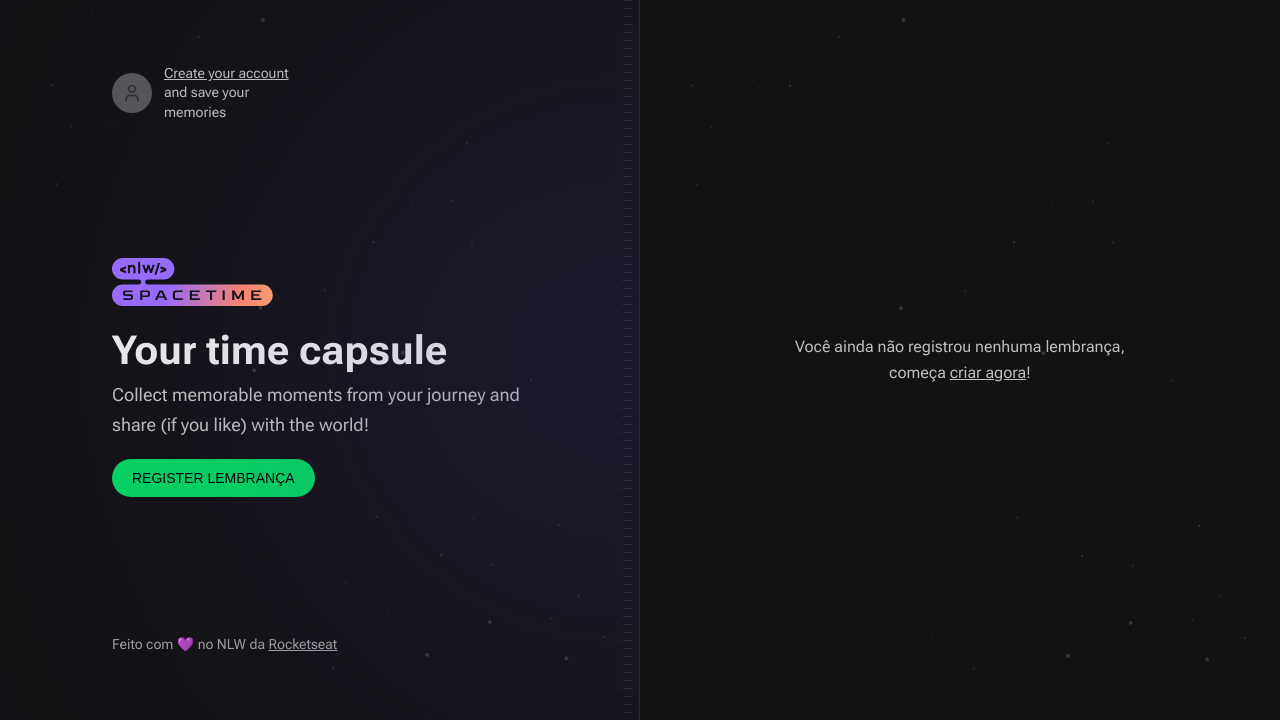
Repository: alexandrecpedro/spacetime
Page: / (app in frontend/)
An editor plug-in stored every save of this project. The page is shown before and after the next save, followed by the edit.
The browser window is 1280 px wide. The pictures show the whole page.
Some web fonts or font styles are not loaded; a fallback is used. The project was rebuilt for these pictures with package versions that can differ from the ones it lists, and the page was loaded fresh each time. The framework's server and built-in components were replaced by stand-ins that run in the browser. Also part of the build but not shown: frontend/next.config.js.

Above is the page before, as saved 2023-05-16 21:33:57.

After the next save:
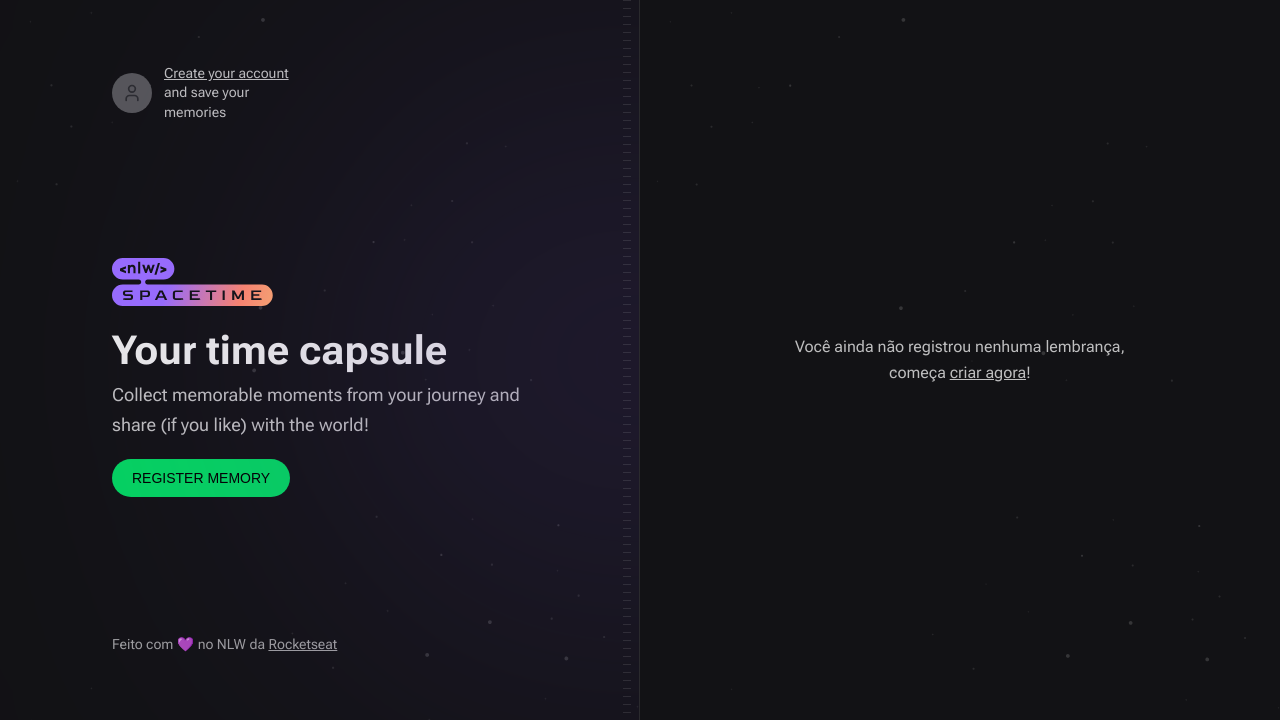
Saved 5 s later.
--- a/frontend/src/app/page.tsx
+++ b/frontend/src/app/page.tsx
@@ -47,7 +47,7 @@ export default function Home() {
             className="inline-block rounded-full bg-green-500 px-5 py-3 font-alt text-sm uppercase leading-none text-black hover:bg-green-600"
             href=""
           >
-            REGISTER LEMBRANÇA
+            REGISTER MEMORY
           </a>
         </div>
 
